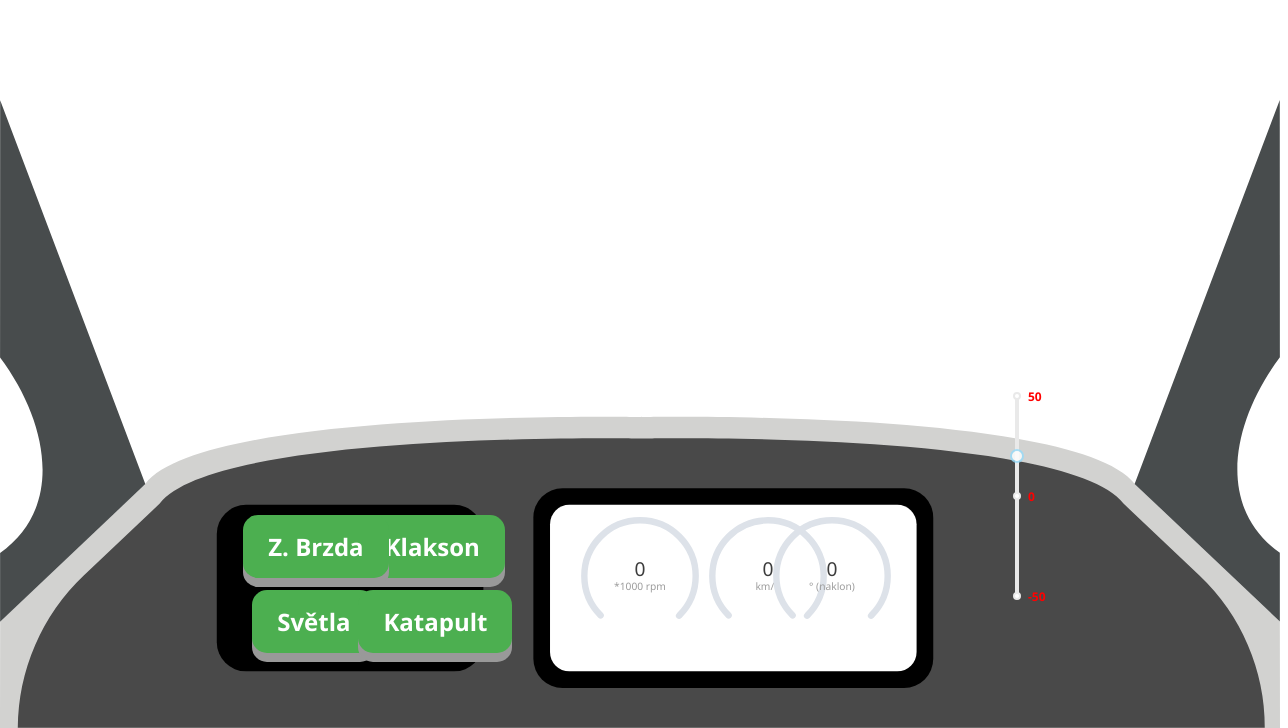
Repository: matyasvelc/train
Page: / (app in frontend/)
An editor plug-in stored every save of this project. The page is shown before and after the next save, followed by the edit.
The browser window is 1280 px wide. The page is 1288 px wide, so the pictures cover 1288 px, including what lies to the right of the window. The pictures show the whole page.
The page's requests for data from a server got no answer. The project was rebuilt for these pictures with package versions that can differ from the ones it lists, and the page was loaded fresh each time. No one was signed in, and anything a server would have sent is missing.

Above is the page before, as saved 2022-04-04 18:10:46.

### frontend/src/index.js
import React, { useEffect } from 'react'
import ReactDOM from 'react-dom'
import Progress from './lib/progress'
import './styles.css'
import Slider, { Range } from 'rc-slider';
import 'rc-slider/assets/index.css';

async function postData(url = '', data = {}) {
  // Default options are marked with *
  const response = await fetch(url, {
    method: 'POST', // *GET, POST, PUT, DELETE, etc.
    cache: 'no-cache', // *default, no-cache, reload, force-cache, only-if-cached
    headers: {
      'Content-Type': 'application/json'
    },
    redirect: 'follow', // manual, *follow, error
    referrerPolicy: 'no-referrer', // no-referrer, *no-referrer-when-downgrade, origin, origin-when-cross-origin, same-origin, strict-origin, strict-origin-when-cross-origin, unsafe-url
    body: JSON.stringify(data) // body data type must match "Content-Type" header
  });
  return response.json(); // parses JSON response into native JavaScript objects
}

const style = { float: 'left', width: 160, height: 200, marginBottom: 160, marginLeft: 50 };
const parentStyle = { overflow: 'hidden' };

const marks = {
  '-50': {
    style: {
      color: 'red',
    },
    label: <strong>-50</strong>,
  },
  0: {
    style: {
      color: 'red',
    },
    label: <strong>0</strong>,
  },
  50: {
    style: {
      color: 'red',
    },
    label: <strong>50</strong>,
  },
};

function App() {
  const [temp, setTemp] = React.useState()
  const [rpm, setRpm] = React.useState()
  const [speed, setSpeed] = React.useState()
  const [svetlo, setSvetlo] = React.useState()
  const [rychlost, setRychlost] = React.useState()

  useEffect(() => {
    const timer = setInterval(() => {
      fetch('http://127.0.0.1:5000/getSpeed')
        .then(res => {
          return res.json();
        })
        .then(data => {
          setSpeed(data.speed);
        });
    }, 1000);

    return () => clearInterval(timer);
  }, []);

  useEffect(() => {
    const timer = setInterval(() => {
      fetch('http://127.0.0.1:5000/getAngle')
        .then(res => {
          return res.json();
        })
        .then(data => {
          setTemp(data.angle);
        });
    }, 1000);

    return () => clearInterval(timer);
  }, []);

  useEffect(() => {
    const timer = setInterval(() => {
      fetch('http://127.0.0.1:5000/getRpm')
        .then(res => {
          return res.json();
        })
        .then(data => {
          setRpm(data.engine_speed);
        });
      }, 1000);

      return () => clearInterval(timer);
  }, []);

  function Svetlo() {
    console.log(svetlo);
    setSvetlo(!svetlo);
    postData('http://127.0.0.1:5000/setLightStatus', {"lights": !svetlo})
  }

  function Rychlost(value) {
    console.log(value);
    setRychlost(value);
    postData('http://127.0.0.1:5000/setSpeed', {"speed": value})
  }

  return (
    <div className="demo">
      <div className='vlak'>
      <Progress
        className="budik1"
        progress={rpm}
        max={4}
        subtitle="*1000 rpm"
        reduction={0.25}
        hideBall
        strokeWidth={10}
        gradient={[{stop: 0.0, color: '#f6416d'}, {stop: 1, color: '#fa6d7c'}]} />
      <Progress
      className="budik2"
        progress={speed}
        max={100}
        subtitle="km/h"
        reduction={0.25}
        hideBall
        strokeWidth={10} />
      <Progress
      className="budik3"
        progress={temp}
        min={-45}
        max={45}
        subtitle="° (naklon)"
        strokeWidth={10}
        reduction={0.25}
        hideBall
        gradient={[{stop: 0.0, color: '#f6416d'}, {stop: 1, color: '#fa6d7c'}]} />
        </div>
        <input id='svetla' class="svetla" onClick={Svetlo} checked={svetlo} type='checkbox'></input>
        <label class="button a" htmlFor='svetla'>Světla</label>
        <button class="button b">Katapult</button>
        <button class="button c">Klakson</button>
        <button class="button d">Z. Brzda</button>
        <div style={parentStyle}>
          <div style={style} className="rychlost">
            <Slider vertical min={-50} max={50} step={2} marks={marks} included={false} onAfterChange={Rychlost} defaultValue={20}/>
          </div>
        </div>
        </div>
  )
}

ReactDOM.render(<App />, document.getElementById('root'))

### frontend/src/styles.css
body {
  background: none;
  font-family: 'Segoe UI', Tahoma, Geneva, Verdana, sans-serif;
  caret-color: transparent;
  user-select: none;
  overflow: hidden;
  padding: 0;
  left: 0;
  width: 100%;
  height: 100%;
}

.demo > div {
  width: 100%;
  height: 100%;
  left: 0;
  display: inline-block;
}
.vlak {
  background-image:url(./train.svg);
  background-repeat: no-repeat;
  background-size: 100%;
  width: 100%;
  height: 100%;
  overflow: hidden;
  background-position: bottom;
  position: absolute;
  display: inline-block;
}
.budik1{
  position: absolute;
  top: 70%;
  left: 45%;
  width: 10%;
}
.budik2{
  position: absolute;
  top: 70%;
  left: 55%;
  width: 10%;
}
.budik3{
  position: absolute;
  top: 70%;
  left: 60%;
  width: 10%;
}
.button {
  font-family: 'Segoe UI', Tahoma, Geneva, Verdana, sans-serif;
  display: inline-block;
  padding: 15px 25px;
  font-size: 24px;
  cursor: pointer;
  text-align: center;
  text-decoration: none;
  outline: none;
  color: #fff;
  background-color: #4CAF50;
  border: none;
  border-radius: 15px;
  box-shadow: 0 9px #999;
  caret-color: transparent;
  user-select: none;
  font-weight:600;
  position: absolute;
}
.button:active {
  background-color: #3e8e41;
  box-shadow: 0 5px #666;
  transform: translateY(4px);
}
.a{
  position: absolute;
  top: 82%;
  left: 19.7%;
}
.b{
  position: absolute;
  top: 82%;
  left: 28%;
}
.c{
  position: absolute;
  top: 71.5%;
  left: 28.1%;
}
.d{
  position: absolute;
  top: 71.5%;
  left: 19%;
}
.svetla{
  display: none;
  caret-color: transparent;
  user-select: none;
  position: absolute;
}
.svetla:checked + .button{
  background-color: #3e8e41;
  box-shadow: 0 5px #666;
  transform: translateY(4px);
}
.rychlost{
  user-select:all;
  position: absolute;
  top: 55%;
  left: 75%;
}

### frontend/src/lib/progress.module.css
.progress {
  font-family: 'Segoe UI', Tahoma, Geneva, Verdana, sans-serif;
  width: 200px;
}

.svg {
  display: block;
  width: 100%;
}

Loaded but not shown: frontend/public/index.html (common file); frontend/src/lib/progress.js (library)

After the next save:
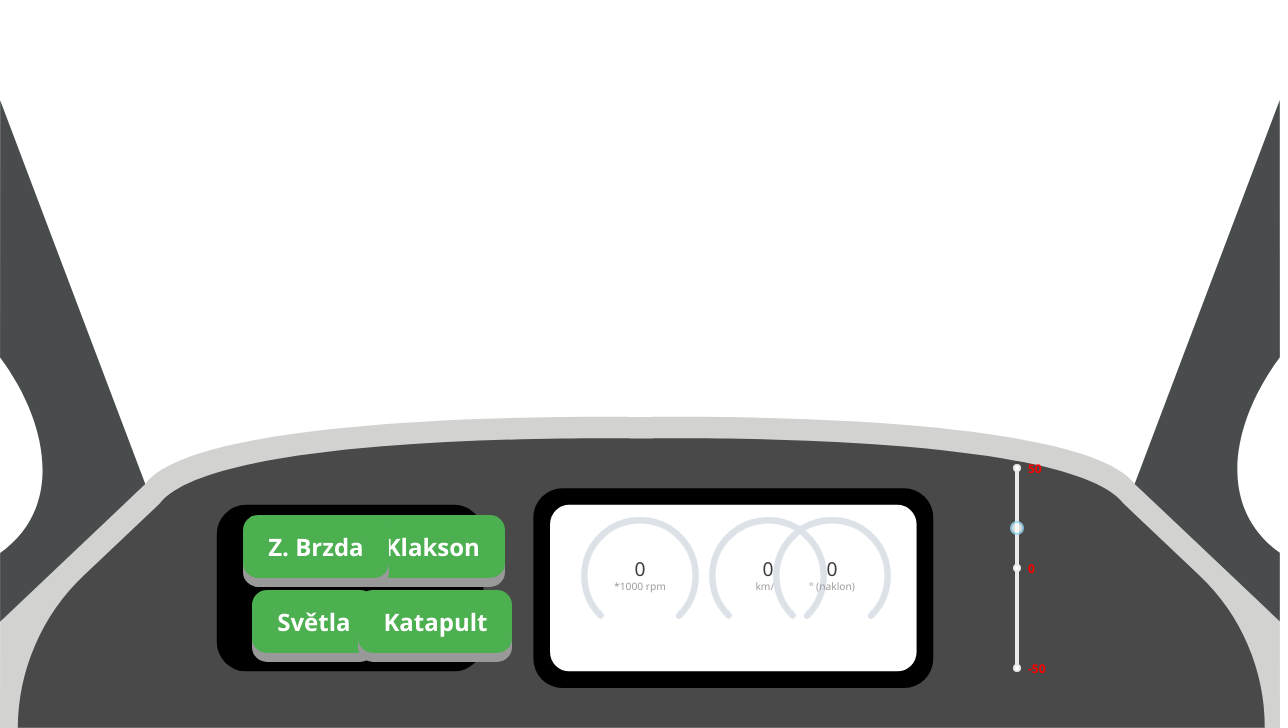
Saved 6 s later.
--- a/frontend/src/styles.css
+++ b/frontend/src/styles.css
@@ -103,6 +103,6 @@ body {
 .rychlost{
   user-select:all;
   position: absolute;
-  top: 55%;
+  top: 65%;
   left: 75%;
 }
